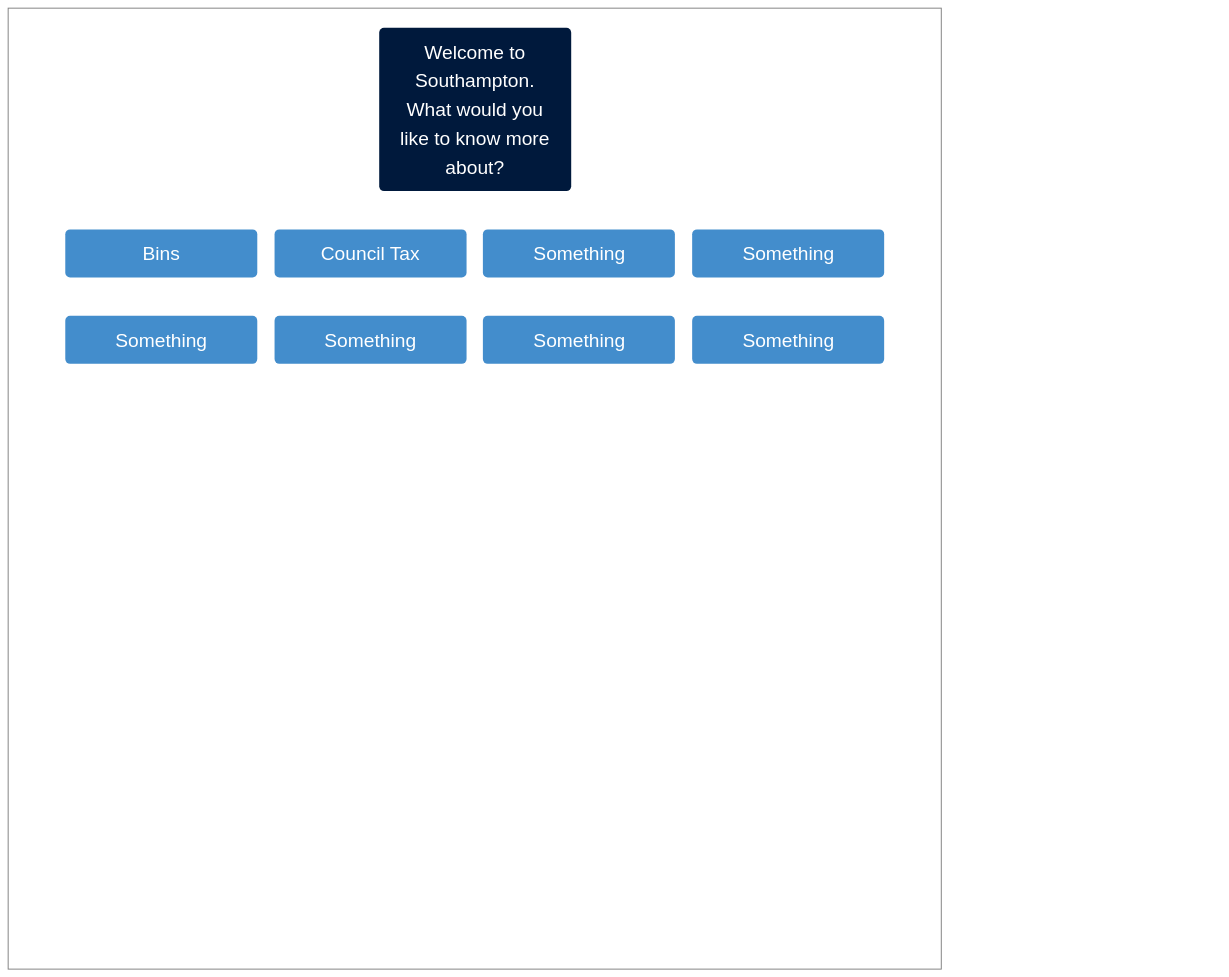
Repository: Domehead123/test
Page: index.html
The author's editor kept a record of every edit. The page is drawn from the files as they stood at one moment, then again after the next edit.
The browser window is 1280 px wide. The pictures show the whole page, at 96% of full size.

Above is the page before.

### index.html
<!DOCTYPE html>
<html lang="en">
<head>
    <meta charset="UTF-8">
    <meta name="viewport" content="width=device-width, initial-scale=1.0">
    <meta http-equiv="X-UA-Compatible" content="ie=edge">
<script src="https://ajax.googleapis.com/ajax/libs/jquery/3.4.1/jquery.min.js"></script>
    <script type="text/javascript" src="assets/new-resident.js"></script>
        <link rel="stylesheet" href="assets/style.css" type="text/css" />
    <title>Document</title>
</head>
<body>
    <div class="page-container">
    <div id="top-box">Welcome to Southampton. What would you like to know more about?</div>
    <div class="option-container">
    <div class="bottom-box" id="option1"><span>Bins</span></div>
    <div class="bottom-box" id="option2"><span>Council Tax</span></div>
    <div class="bottom-box" id="option3"><span>Something</span></div>
    <div class="bottom-box" id="option4"><span>Something</span></div>
    <div class="bottom-box" id="option5"><span>Something</span></div>
    <div class="bottom-box" id="option6"><span>Something<span></div>
    <div class="bottom-box" id="option7"><span>Something<span></div>
    <div class="bottom-box" id="option8"><span>Something<span></div>
    </div>

    <div id="restart">Back</div>
</body>
</html>

### assets/new-resident.js

$(document).ready(function() {

$(".bottom-box").click(function() {
    $('#restart').show();
});


$("#option1").click(function() {
   $("#top-box").text("What would you like to know about bins?")
   $("#option1").children().html("<a href='https://www.southampton.gov.uk/bins-recycling/bins/'>When will my bin be collected?</a>");
   $("#option2").children().html("<a href='https://www.southampton.gov.uk/bins-recycling/bins/bin-size.aspx'>How can I change my bin size?</a>");
    $("#option3").children().html("<a href='https://www.southampton.gov.uk/bins-recycling/bins/lost-bin.aspx'>How do I report a lost bin?</a>");
    $("#option4").children().html("<a href='https://www.southampton.gov.uk/bins-recycling/bins/need-help-putting-your-bins-out.aspx'>How can I get help putting my bin out?</a>");
    $("#option5").hide();
    $("#option6").hide();
    $("#option7").hide();
    $("#option8").hide();
});


$("#option2").click(function() {
   $("#top-box").text("What would you like to know about Council Tax?")
   $("#option1").children().html("<a href='https://www.southampton.gov.uk/council-tax/your-council-tax/change-address.aspx'>How do I register for Council Tax?</a>");
   $("#option2").children().html("<a href='https://www.southampton.gov.uk/council-tax/your-council-tax/'>How do I pay my council tax?</a>");

    $("#option3").children().html("<a href='https://www.southampton.gov.uk/council-tax/discounts-exemptions/single-person-discount.aspx'>How do I get a single person discount?</a>");
    $("#option4").children().html("<a href='https://www.southampton.gov.uk/council-tax/discounts-exemptions/'>Where can I find out about council tax examptions?</a>");
    $("#option5").children().html("<a href='https://www.southampton.gov.uk/council-tax/information/wrong-band.aspx'>What do I do if I think my council tax band is wrong?</a>");
    $("#option6").children().html("<a href='https://www.southampton.gov.uk/council-tax/information/understanding-council-tax-bill.aspx'>How can I understand my council tax bill?</a>");
  $("#option7").children().html("<a href='https://www.southampton.gov.uk/council-tax/information/understanding-council-tax-bill.aspx'>How can I understand my council tax bill?</a>");
    $("#option8").hide();
});

$('#restart').click(function() {
    location.reload();
});


});

### assets/style.css

.page-container {
    max-width: 871px;
    background: #fff;
    border: 1px solid grey;
    padding: 0 50px;
    height: 1000px;
}


#top-box {
    background: #00193c;
    color: #fff;
    border-radius: 5px;
    box-sizing: border-box;
    width: 200px;
    text-align: center;
    margin: 20px auto;
    font-family: "franklin-gothic-urw",sans-serif;
    font-size: 20px;
    line-height: 30px;
    padding: 10px 15px;
}

.option-container {
    display: flex;
flex-wrap: wrap;
}

.bottom-box {
        background: #438dcc;
    color: #fff;
    border-radius: 5px;
    box-sizing: border-box;
    width: 200px;
    margin: 20px auto;
    font-family: "franklin-gothic-urw",sans-serif;
    font-size: 20px;
    line-height: 30px;
    padding: 10px 15px;
    transition: 0.4s all;
    display: flex;
     align-items: center;
     text-align: center;

}

.bottom-box span {
  margin: 0 auto;
}

.bottom-box span a {
    color: #fff!important;
    text-decoration: none !important;
}

.bottom-box:hover {
    background: #00193c;
}

#restart {
        background: #aaa;
    color: #fff;
    border-radius: 5px;
    box-sizing: border-box;
    width: 200px;
  margin: 20px auto;
    font-family: "franklin-gothic-urw",sans-serif;
        padding: 10px 15px;
        font-size: 20px;
        text-align: center;
        transition: 0.4s all;
        display:none;

}

#restart:hover {
    background: #000;
}

After the next edit:
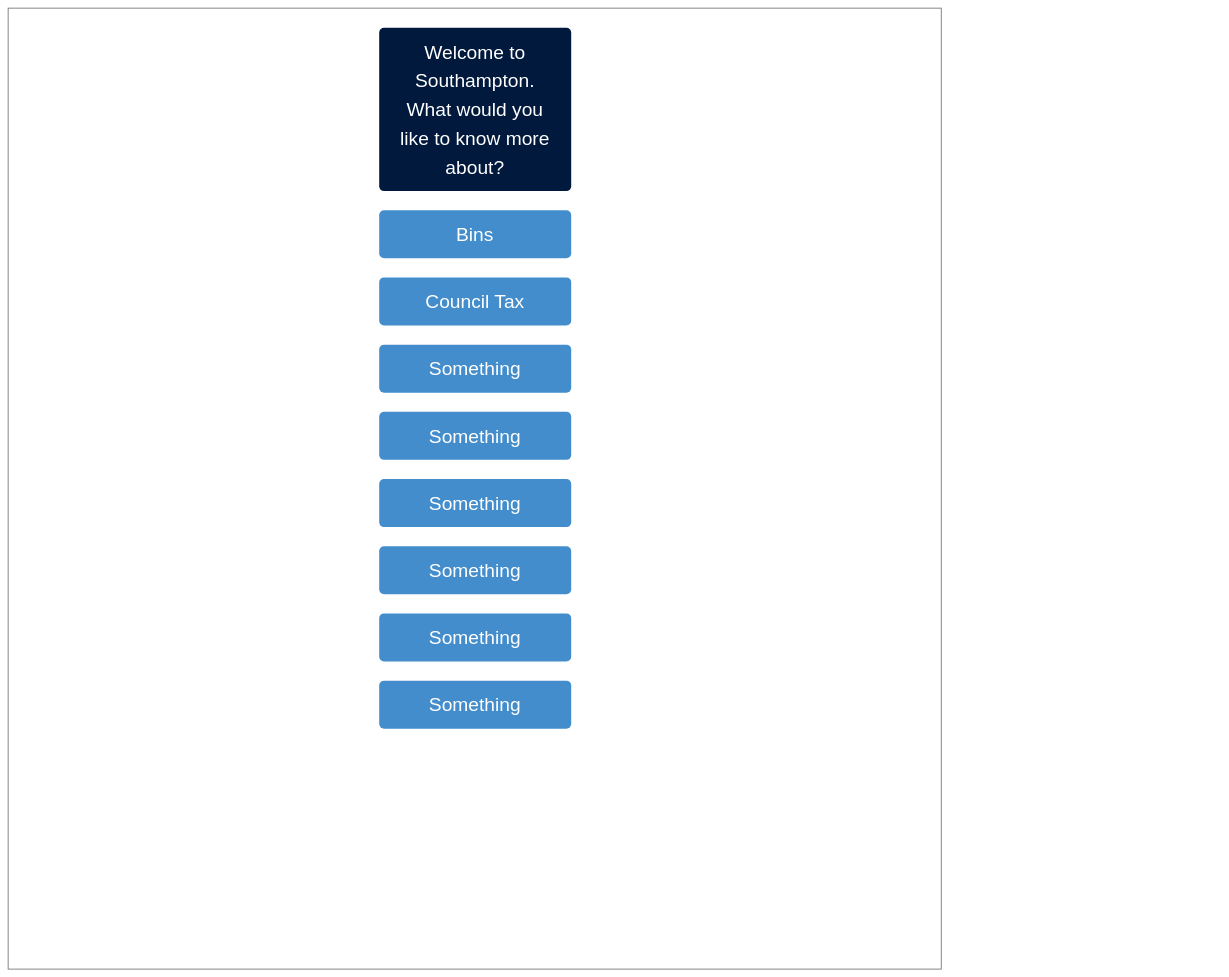
The edit:
--- a/assets/style.css
+++ b/assets/style.css
@@ -23,8 +23,7 @@
 }
 
 .option-container {
-    display: flex;
-flex-wrap: wrap;
+text-align: center;
 }
 
 .bottom-box {
